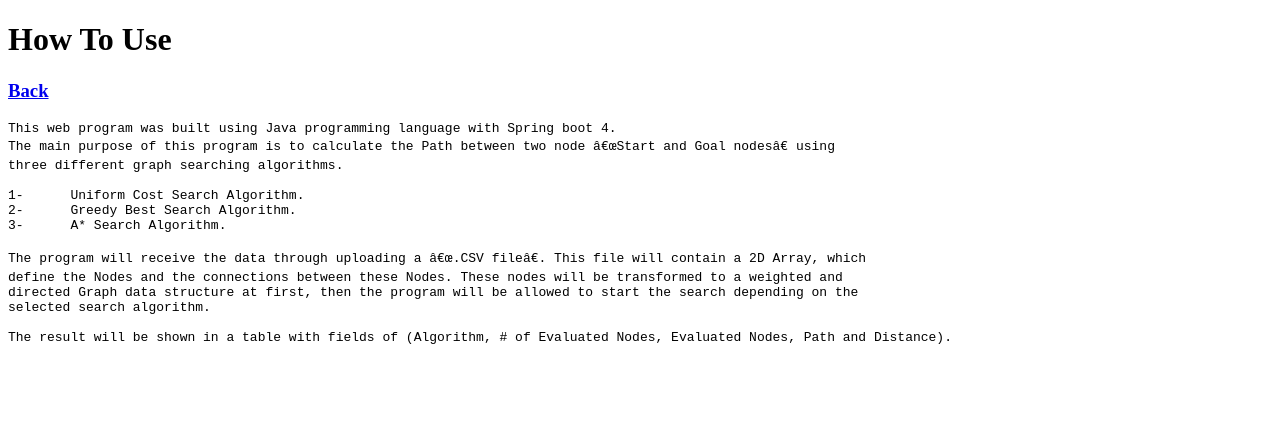
Repository: Anbousi/ITG-Task
Page: http://localhost/graphsearch/use.jsp
The author's editor kept a copy of each file at every save. The page is drawn from the files as they stood at one save, then again after the next save.
The browser window is 1280 px wide. The pictures show the whole page.
The page is served by Tomcat 9. Other server files are loaded and not shown.

Above is the page before, as saved 2021-12-31 12:19:37.

### ITG/graphsearch/src/main/webapp/use.jsp
<%@ page language="java" contentType="text/html; charset=ISO-8859-1"
    pageEncoding="ISO-8859-1"%>
<!DOCTYPE html>
<html>
<head>
<meta charset="ISO-8859-1">
<title>Insert title here</title>
</head>
<body>
<div>
<h1>How To Use</h1>
<h3><a href="/">Back</a></h3>
<pre>This web program was built using Java programming language with Spring boot 4.
The main purpose of this program is to calculate the Path between two node “Start and Goal nodes” using
three different graph searching algorithms.

1-	Uniform Cost Search Algorithm.
2-	Greedy Best Search Algorithm.
3-	A* Search Algorithm.

The program will receive the data through uploading a “.CSV file”. This file will contain a 2D Array, which
define the Nodes and the connections between these Nodes. These nodes will be transformed to a weighted and
directed Graph data structure at first, then the program will be allowed to start the search depending on the
selected search algorithm.

The result will be shown in a table with fields of (Algorithm, # of Evaluated Nodes, Evaluated Nodes, Path and Distance).
 </pre>
</div>
</body>
</html>

After the next save:
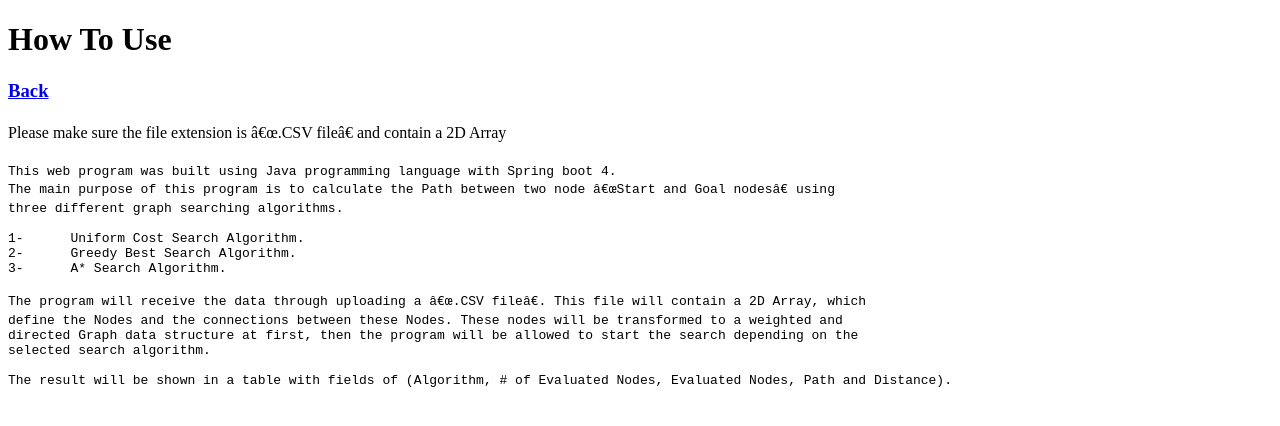
Saved 56 s later.
--- a/ITG/graphsearch/src/main/webapp/use.jsp
+++ b/ITG/graphsearch/src/main/webapp/use.jsp
@@ -10,6 +10,7 @@
 <div>
 <h1>How To Use</h1>
 <h3><a href="/">Back</a></h3>
+<p>Please make sure the file extension is “.CSV file” and contain a 2D Array</p>
 <pre>This web program was built using Java programming language with Spring boot 4.
 The main purpose of this program is to calculate the Path between two node “Start and Goal nodes” using
 three different graph searching algorithms.
